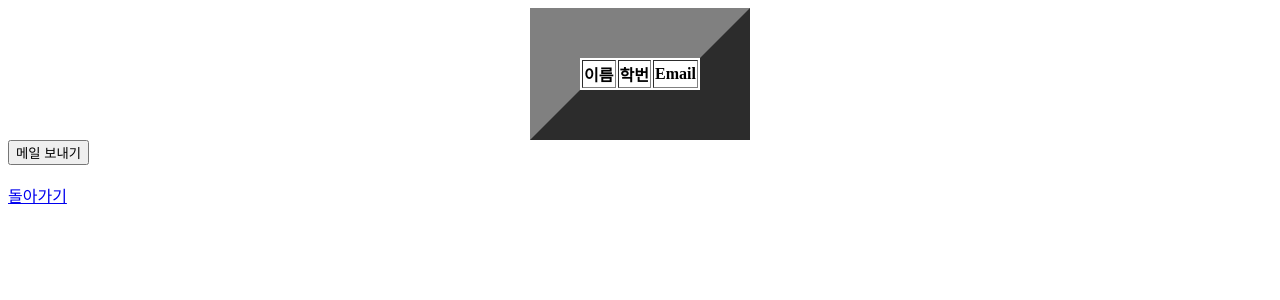
Repository: jungmintaeng/mini-ucampus
Page: http://localhost/ucam/stInfo.jsp
These files come from the project's save history. The page is drawn as it stood at one moment and after the next save; the edit follows.
The browser window is 1280 px wide. The pictures show the whole page.
The page is served by Tomcat 9. Other server files are loaded and not shown. Queries for data that is not in the repository find no rows.

Above is the page before, as saved 2016-06-13 10:04:32.

### ucam/WebContent/stInfo.jsp
<%@ page language="java" contentType="text/html; charset=EUC-KR"
    pageEncoding="EUC-KR"%>
    <%@ page import = "java.sql.*" %>
<%@ page import = "java.io.*" %>
<!DOCTYPE html PUBLIC "-//W3C//DTD HTML 4.01 Transitional//EN" "http://www.w3.org/TR/html4/loose.dtd">
<html>
<head>
<meta http-equiv="Content-Type" content="text/html; charset=EUC-KR">
<title>수강생 정보 보기</title>
</head>
<body>
<%!
Connection con = null;
Statement st = null;
ResultSet rs = null;
FileOutputStream fos = null;
File file;
byte[] buffer;
String courseNum;
Blob blob;
%>
<%
	courseNum = request.getParameter("coursenum");
	try
	{
		Class.forName("com.mysql.jdbc.Driver");
		con = DriverManager.getConnection("jdbc:mysql://localhost/ucampus", "root", "1234");
	}
	catch(SQLException ex)
	{
		out.println("connect err");
	}
	if(con == null)
		out.println("Mang.....");

	try
	{
	st = con.createStatement();
	rs = st.executeQuery("select U.Name, U.ID, U.Email from user U, belonged_course B "+
			"where U.ID = B.ID AND U.Is_student = 1 AND B.Course_num = " + courseNum);
	}
	catch(SQLException ex)
	{
		out.println("<script>alert('sql err...');</script>");
	}
	catch(Exception ex)
	{
		out.println("<script>alert('what?...');</script>");
	}
	%>
	<form action="MainStudent.jsp">
		<table summary="게시판 목록" border=50 align="center">
			<thead>
				<tr>
					<th>이름</th>
					<th>학번</th>
					<th>Email</th>

				</tr>
			</thead>
			<tbody>
				<%

				String userName;
				String userID;
				String userEmail;
				while(rs.next())
				{
					userName = rs.getString(1);
					userID = rs.getString(2);
					userEmail = rs.getString(3);
					out.println("<tr><td>" + userName + "</td><td>"+ userID +"</td><td>"+ userEmail +"</td> </tr>");
				}
				%>
			</tbody>
		</table>
		<form action="Mail.html">
		<input type="submit" value="메일 보내기">
		</form>
		<br>
		<a href="javascript:history.go(-1)">돌아가기</a>
</body>
</html>

After the next save:
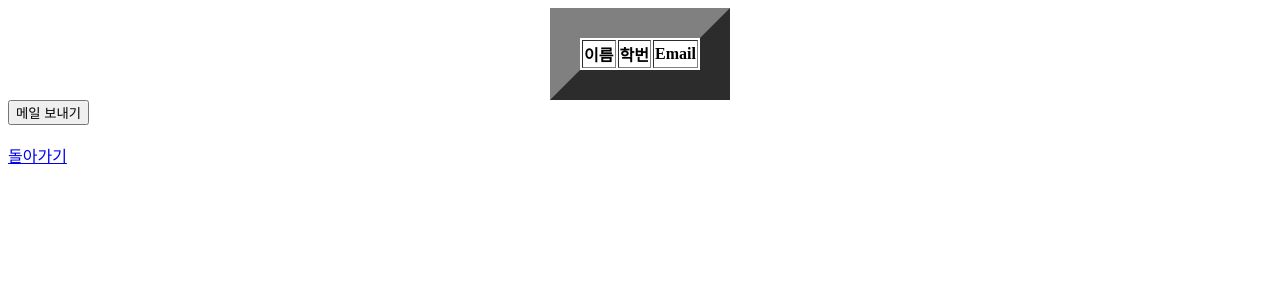
Saved 16 s later.
--- a/ucam/WebContent/stInfo.jsp
+++ b/ucam/WebContent/stInfo.jsp
@@ -49,7 +49,7 @@ Blob blob;
 	}
 	%>
 	<form action="MainStudent.jsp">
-		<table summary="게시판 목록" border=50 align="center">
+		<table summary="게시판 목록" border=30 align="center">
 			<thead>
 				<tr>
 					<th>이름</th>
